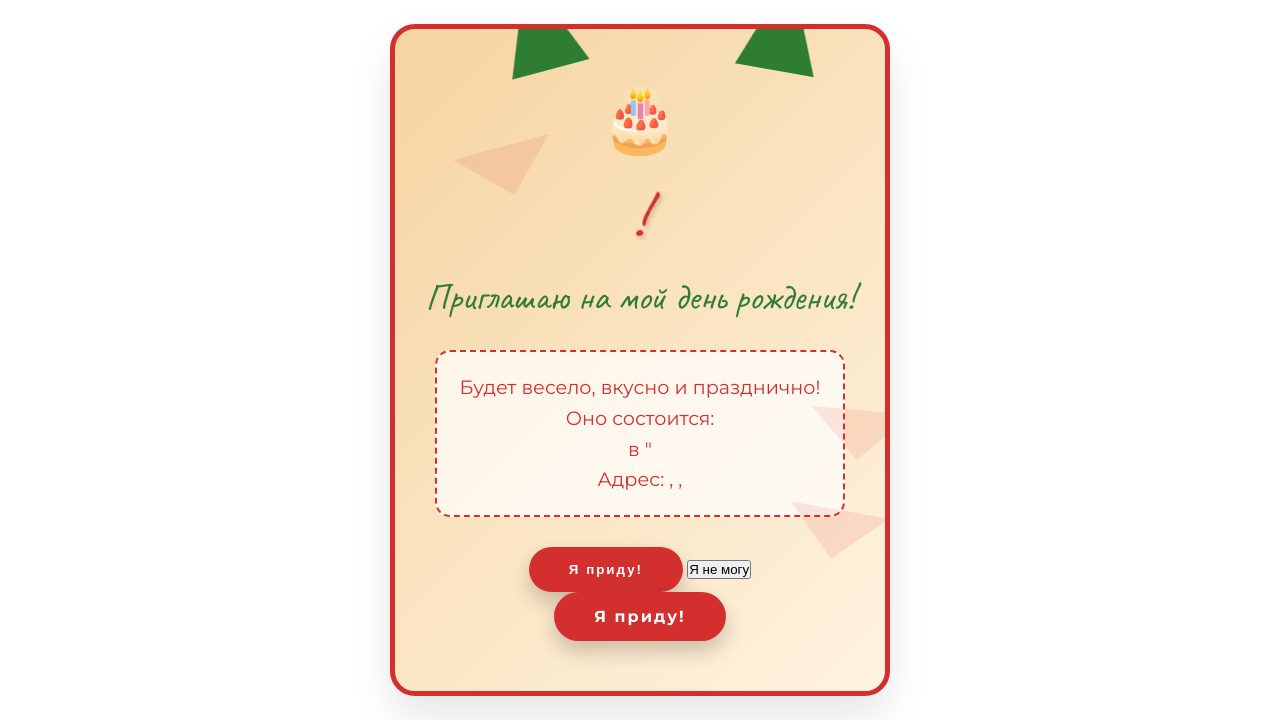
Repository: ll9llall9ll/users-management
Page: templates/6.html
An editor plug-in stored every save of this project. The page is shown before and after the next save, followed by the edit.
The browser window is 1280 px wide. The pictures show the whole page.
The template is drawn by Flask 3. The application's start-up code is not run. Other server files are loaded and not shown. The template is opened directly, without the code that normally fills it, so the values that code supplies are empty.

Above is the page before, as saved 2025-03-04 20:09:14.

### templates/6.html
<!DOCTYPE html>
<html lang="ru">
<head>
    <meta charset="UTF-8">
    <meta name="viewport" content="width=device-width, initial-scale=1.0">
    <title>День Рождения в Пиццерии!</title>
    <link href="https://fonts.googleapis.com/css2?family=Caveat:wght@400;700&family=Montserrat:wght@400;700&display=swap" rel="stylesheet">
    <style>
        :root {
            --color-tomato-red: #D32F2F;
            --color-pizza-dough: #F5D4A0;
            --color-basil-green: #2E7D32;
            --color-cheese-yellow: #FFC107;
            --color-background: #FFFFFF;
        }

        * {
            margin: 0;
            padding: 0;
            box-sizing: border-box;
        }

        body {
            font-family: 'Montserrat', sans-serif;
            background-color: var(--color-background);
            display: flex;
            justify-content: center;
            align-items: center;
            min-height: 100vh;
            perspective: 1000px;
            overflow: hidden;
            color: var(--color-tomato-red);
        }

        .invitation-container {
            width: 500px;
            background: linear-gradient(135deg, var(--color-pizza-dough), #FFF3E0);
            border-radius: 25px;
            box-shadow: 0 20px 40px rgba(0,0,0,0.1);
            position: relative;
            overflow: hidden;
            text-align: center;
            padding: 50px 20px;
            border: 5px solid var(--color-tomato-red);
        }

        .pizza-decoration {
            position: absolute;
            width: 100%;
            height: 100%;
            pointer-events: none;
            z-index: 1;
        }

        .pizza-slice {
            position: absolute;
            width: 100px;
            height: 100px;
            background-color: var(--color-tomato-red);
            clip-path: polygon(50% 50%, 0 0, 100% 0);
            opacity: 0.1;
            transform: rotate(var(--rotation));
        }

        .party-props {
            position: absolute;
            top: -50px;
            width: 100%;
            display: flex;
            justify-content: space-around;
            z-index: 10;
        }

        .pizza-hat {
            width: 80px;
            height: 100px;
            background-color: var(--color-basil-green);
            clip-path: polygon(50% 0%, 0% 100%, 100% 100%);
            transform: rotate(var(--rotation));
            animation: hat-bounce 2s infinite alternate;
        }

        @keyframes hat-bounce {
            0% { transform: translateY(0) rotate(var(--rotation)); }
            100% { transform: translateY(-10px) rotate(var(--rotation)); }
        }

        .fireworks {
            position: absolute;
            width: 100%;
            height: 100%;
            pointer-events: none;
        }

        .firework {
            position: absolute;
            width: 10px;
            height: 10px;
            background-color: var(--firework-color);
            border-radius: 50%;
            opacity: 0;
            animation: firework 1.5s ease-out;
        }

        @keyframes firework {
            0% {
                transform: scale(0);
                opacity: 1;
            }
            100% {
                transform: scale(2);
                opacity: 0;
            }
        }

        .pizza-emoji {
            font-size: 4rem;
            margin-bottom: 20px;
        }

        .name-highlight {
            font-family: 'Caveat', cursive;
            font-size: 60px;
            color: var(--color-tomato-red);
            text-shadow: 2px 2px 4px rgba(0,0,0,0.2);
            margin-bottom: 20px;
            animation: name-bounce 1s infinite alternate;
        }

        @keyframes name-bounce {
            0% { transform: scale(1) rotate(-5deg); }
            100% { transform: scale(1.05) rotate(5deg); }
        }

        .invitation-text {
            font-family: 'Caveat', cursive;
            font-size: 37px;
            color: var(--color-basil-green);
            margin-bottom: 30px;
        }

        .event-details {
            background-color: rgba(255,255,255,0.7);
            border-radius: 15px;
            padding: 20px;
            margin: 0 20px 30px;
            font-size: 1.2rem;
            line-height: 1.6;
            border: 2px dashed var(--color-tomato-red);
        }

        .btn-confirm {
            cursor: pointer;
            display: inline-block;
            padding: 15px 40px;
            background-color: var(--color-tomato-red);
            color: white;
            text-decoration: none;
            border-radius: 50px;
            font-weight: bold;
            letter-spacing: 2px;
            transition: all 0.3s ease;
            box-shadow: 0 10px 20px rgba(0,0,0,0.2);
            border: none;
            outline: none; /* Убирает обводку при фокусе */
        }

        .btn-confirm:hover {
            transform: translateY(-5px);
            box-shadow: 0 15px 30px rgba(0,0,0,0.3);
            background-color: var(--color-basil-green);
        }
    </style>
</head>
<body>
    <div class="invitation-container">
        <div class="pizza-decoration">
            <div class="pizza-slice" style="top: 10%; left: 10%; --rotation: -15deg;"></div>
            <div class="pizza-slice" style="bottom: 20%; right: 5%; --rotation: 10deg;"></div>
            <div class="pizza-slice" style="top: 50%; left: 80%; --rotation: 5deg;"></div>
        </div>

        <div class="party-props">
            <div class="pizza-hat" style="--rotation: -15deg;"></div>
            <div class="pizza-hat" style="--rotation: 10deg;"></div>
        </div>

        <div class="fireworks"></div>

        <div class="pizza-emoji">🎂</div>

        <div class="name-highlight">{{invitation.name}}!</div>

        <div class="invitation-text">
            Приглашаю на мой день рождения!
        </div>

        <div class="event-details">
            <p>Будет весело, вкусно и празднично!</p>
            <p>Оно состоится: {{ event.date }} </p>
            <p>в {{ event.hall_name }}"</p>
            <p>Адрес: {{ event.address_country }} , {{ event.address_city }} , {{ event.address_line }} </p>
        </div>
        <form class="formAC" method="post" action="{{ url_for('invite', h=invitation.hash) }}">
            <button type="submit" name='action' class="btn-confirm"
                onclick="return confirm('Դուք Համոզվա՞ծ եք?')" value="accepted">Я приду!</button>
            <button type="submit" name='action' class="button-no" onclick="return confirm('Դուք Համոզվա՞ծ եք?')"
                value="rejected">Я не могу</button>
        </form>
        <a href="#" class="btn-confirm">Я приду!</a>
    </div>

    <script>
        function createFireworks() {
            const fireworksContainer = document.querySelector('.fireworks');

            function createFirework() {
                const firework = document.createElement('div');
                firework.classList.add('firework');

                firework.style.setProperty('--firework-color', `hsl(${Math.random() * 360}, 100%, 50%)`);
                firework.style.left = `${Math.random() * 100}%`;
                firework.style.top = `${Math.random() * 100}%`;
                firework.style.animationDelay = `${Math.random() * 2}s`;

                fireworksContainer.appendChild(firework);

                setTimeout(() => {
                    fireworksContainer.removeChild(firework);
                }, 2000);
            }

            setInterval(createFirework, 500);
        }

        createFireworks();
    </script>
</body>
</html>

After the next save:
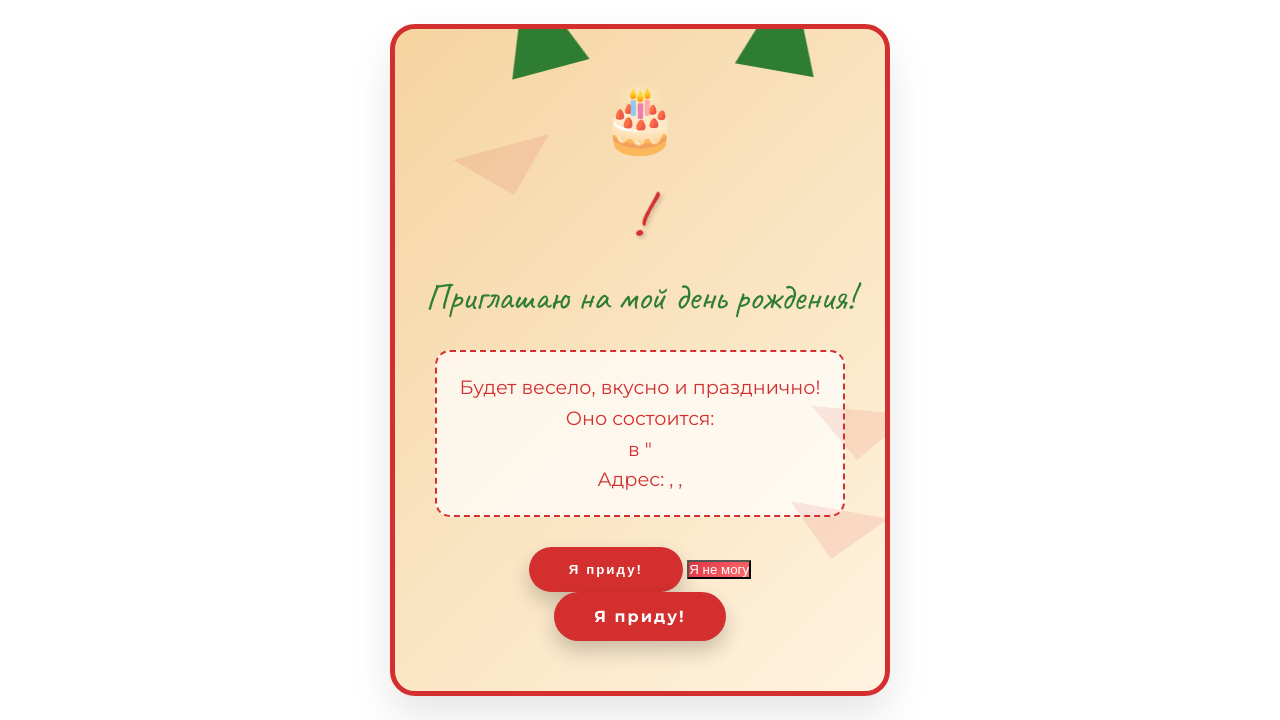
Saved 60 s later.
--- a/templates/6.html
+++ b/templates/6.html
@@ -1,10 +1,13 @@
 <!DOCTYPE html>
 <html lang="ru">
+
 <head>
     <meta charset="UTF-8">
     <meta name="viewport" content="width=device-width, initial-scale=1.0">
     <title>День Рождения в Пиццерии!</title>
-    <link href="https://fonts.googleapis.com/css2?family=Caveat:wght@400;700&family=Montserrat:wght@400;700&display=swap" rel="stylesheet">
+    <link
+        href="https://fonts.googleapis.com/css2?family=Caveat:wght@400;700&family=Montserrat:wght@400;700&display=swap"
+        rel="stylesheet">
     <style>
         :root {
             --color-tomato-red: #D32F2F;
@@ -36,7 +39,7 @@
             width: 500px;
             background: linear-gradient(135deg, var(--color-pizza-dough), #FFF3E0);
             border-radius: 25px;
-            box-shadow: 0 20px 40px rgba(0,0,0,0.1);
+            box-shadow: 0 20px 40px rgba(0, 0, 0, 0.1);
             position: relative;
             overflow: hidden;
             text-align: center;
@@ -81,8 +84,13 @@
         }
 
         @keyframes hat-bounce {
-            0% { transform: translateY(0) rotate(var(--rotation)); }
-            100% { transform: translateY(-10px) rotate(var(--rotation)); }
+            0% {
+                transform: translateY(0) rotate(var(--rotation));
+            }
+
+            100% {
+                transform: translateY(-10px) rotate(var(--rotation));
+            }
         }
 
         .fireworks {
@@ -107,6 +115,7 @@
                 transform: scale(0);
                 opacity: 1;
             }
+
             100% {
                 transform: scale(2);
                 opacity: 0;
@@ -122,14 +131,19 @@
             font-family: 'Caveat', cursive;
             font-size: 60px;
             color: var(--color-tomato-red);
-            text-shadow: 2px 2px 4px rgba(0,0,0,0.2);
+            text-shadow: 2px 2px 4px rgba(0, 0, 0, 0.2);
             margin-bottom: 20px;
             animation: name-bounce 1s infinite alternate;
         }
 
         @keyframes name-bounce {
-            0% { transform: scale(1) rotate(-5deg); }
-            100% { transform: scale(1.05) rotate(5deg); }
+            0% {
+                transform: scale(1) rotate(-5deg);
+            }
+
+            100% {
+                transform: scale(1.05) rotate(5deg);
+            }
         }
 
         .invitation-text {
@@ -140,7 +154,7 @@
         }
 
         .event-details {
-            background-color: rgba(255,255,255,0.7);
+            background-color: rgba(255, 255, 255, 0.7);
             border-radius: 15px;
             padding: 20px;
             margin: 0 20px 30px;
@@ -160,18 +174,30 @@
             font-weight: bold;
             letter-spacing: 2px;
             transition: all 0.3s ease;
-            box-shadow: 0 10px 20px rgba(0,0,0,0.2);
+            box-shadow: 0 10px 20px rgba(0, 0, 0, 0.2);
             border: none;
-            outline: none; /* Убирает обводку при фокусе */
+            outline: none;
+            /* Убирает обводку при фокусе */
         }
 
         .btn-confirm:hover {
             transform: translateY(-5px);
-            box-shadow: 0 15px 30px rgba(0,0,0,0.3);
+            box-shadow: 0 15px 30px rgba(0, 0, 0, 0.3);
             background-color: var(--color-basil-green);
         }
+
+        .button-no {
+            background: linear-gradient(135deg, #dc3545, #ff6b6b);
+            /* Красный градиент */
+            color: white;
+        }
+
+        .button-no:hover {
+            background: linear-gradient(135deg, #c82333, #ff4d4d);}
+
     </style>
 </head>
+
 <body>
     <div class="invitation-container">
         <div class="pizza-decoration">
@@ -202,8 +228,8 @@
             <p>Адрес: {{ event.address_country }} , {{ event.address_city }} , {{ event.address_line }} </p>
         </div>
         <form class="formAC" method="post" action="{{ url_for('invite', h=invitation.hash) }}">
-            <button type="submit" name='action' class="btn-confirm"
-                onclick="return confirm('Դուք Համոզվա՞ծ եք?')" value="accepted">Я приду!</button>
+            <button type="submit" name='action' class="btn-confirm" onclick="return confirm('Դուք Համոզվա՞ծ եք?')"
+                value="accepted">Я приду!</button>
             <button type="submit" name='action' class="button-no" onclick="return confirm('Դուք Համոզվա՞ծ եք?')"
                 value="rejected">Я не могу</button>
         </form>
@@ -236,4 +262,5 @@
         createFireworks();
     </script>
 </body>
+
 </html>
